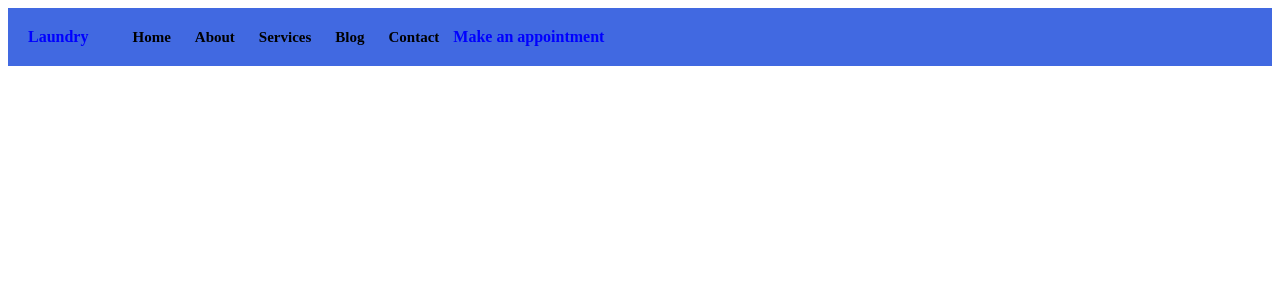
Repository: Tobby004/BDC-Assignment-4
Page: index.html
An editor plug-in stored every save of this project. The page is shown before and after the next save, followed by the edit.
The browser window is 1280 px wide. The pictures show the whole page.

Above is the page before, as saved 2023-03-08 04:18:59.

After the next save:
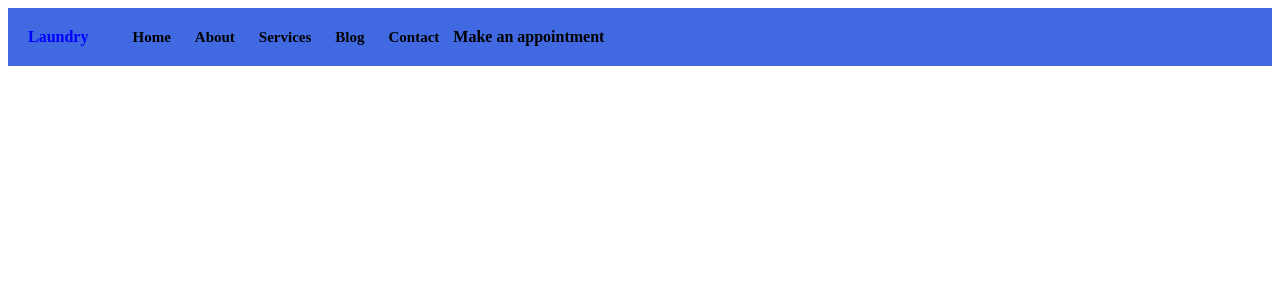
Saved 55 s later.
--- a/task.css
+++ b/task.css
@@ -24,3 +24,7 @@ body {
     font-weight: bold;
     font-family: 'Times New Roman', Times, serif;
 }
+.navbar li b {
+    color: black;
+    text-align: center;
+}
